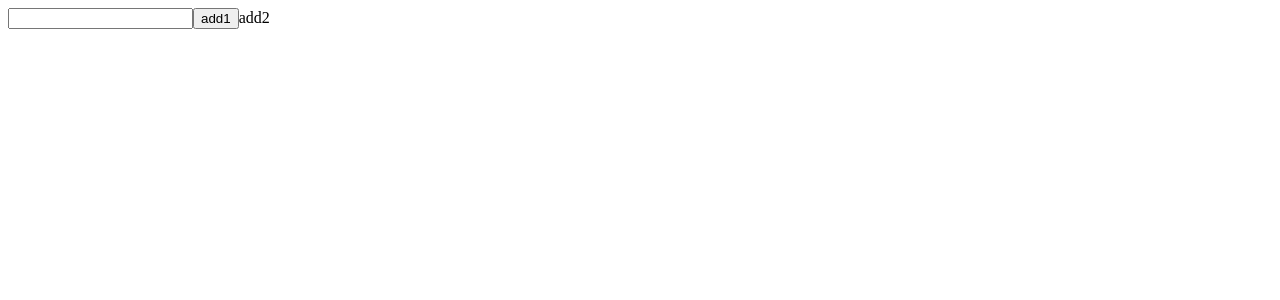
Repository: zenghao518518/React
Page: /
These files come from the project's save history. The page is drawn as it stood at one moment and after the next save; the edit follows.
The browser window is 1280 px wide. The pictures show the whole page.
The project was rebuilt for these pictures with package versions that can differ from the ones it lists, and the page was loaded fresh each time.

Above is the page before, as saved 2023-06-21 16:49:20.

After the next save:
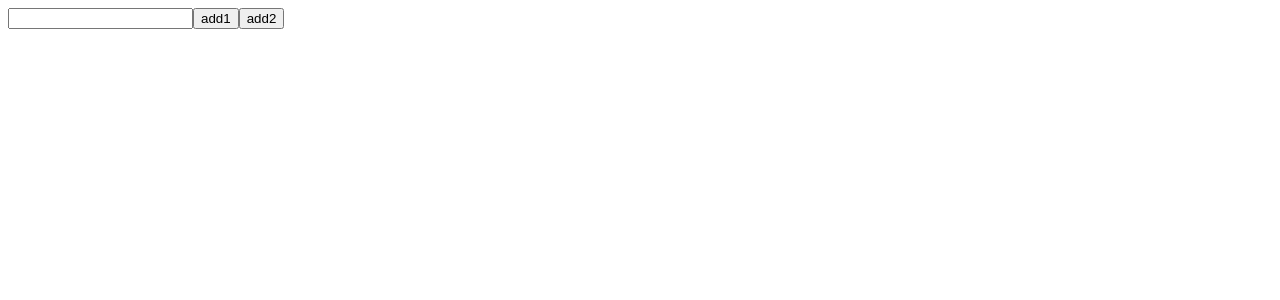
Saved 3 min 48 s later.
--- a/src/01-base/07-ref.js
+++ b/src/01-base/07-ref.js
@@ -13,7 +13,7 @@ export default class App extends Component {
             console.log("click1",this.myref.current.value)
          }}>add1</button>
 
-         <botton onClick={this.handleClick2}>add2</botton>
+         <button onClick={this.handleClick2}>add2</button>
 
       </div>
     )
